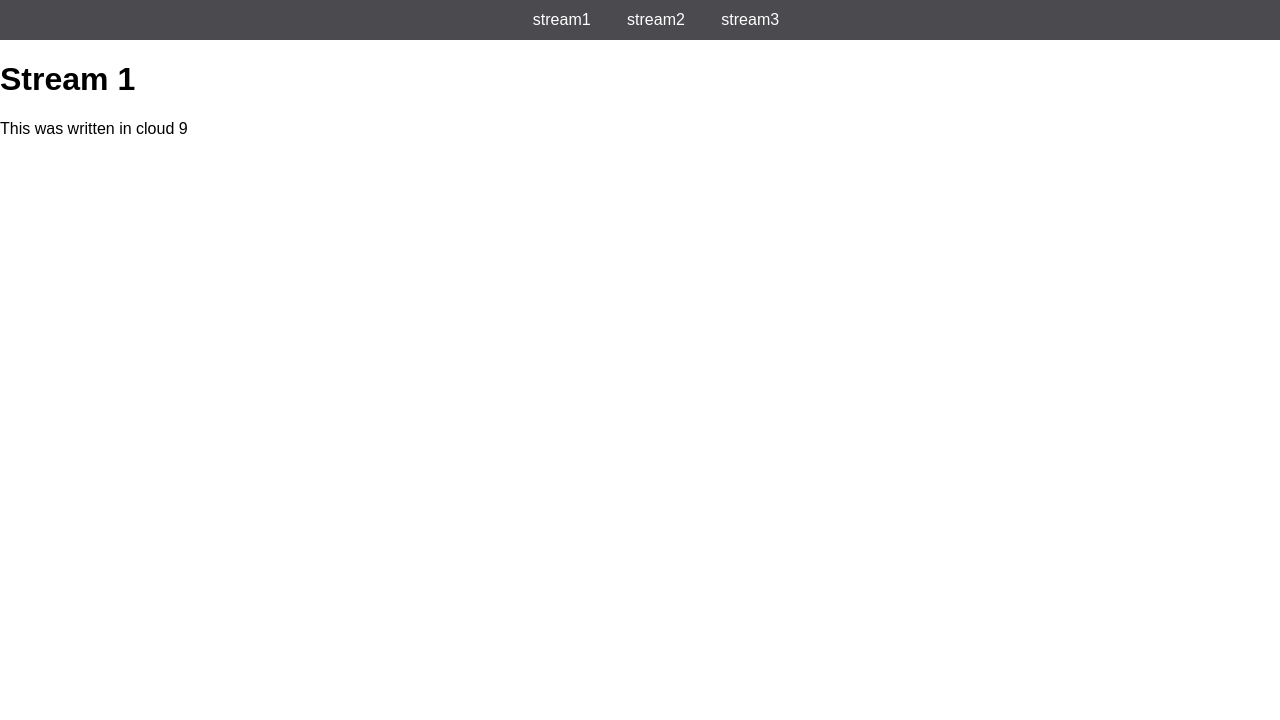
Repository: Hacketteer/my-first-website
Page: stream1.html
The author's editor kept a record of every edit. The page is drawn from the files as they stood at one moment, then again after the next edit.
The browser window is 1280 px wide. The pictures show the whole page.

Above is the page before.

### stream1.html
<html>
    <head>
        <title> hello world</title>

         <link rel="stylesheet" href="css/style.css" type="text/css" />
    </head>
    <body>
        <nav>
            <ul>
                <li><a href="stream1.html">stream1</a></li>
                <li><a href="stream2.html">stream2</a></li>
                <li><a href="stream3.html">stream3</a></li>
            </ul>
        </nav>
        <h1> Stream 1</h1>
        <p> This was written in cloud 9</p>
    </body>
</html>

### css/style.css
body {
    margin: 0;
    padding: 0;
    font-family: "oswald", sans-serif;

}

nav ul{
    list-style: none;
    background-color: #4a4a4f;
    text-align: center;
    margin: 0;
    padding: 0;
}

nav li {
    font-size: 1em;
    line-height: 40px;
    height: 40px;
    display: inline-block;
    margin-left: 2.5%;
}

nav a {
    text-decoration: none;
    color: #ffffff;
    display: block;
}

nav a:hover {
    background-color: #ffffff;
    color: #4a4a4f;
}

.card{
    float: left;
    width: 20%;
    margin-left: 10%;
}

.card a {
    text-align: center;
}

img {
    width: 100%;
}

h2 {
    text-align: center;
}

After the next edit:
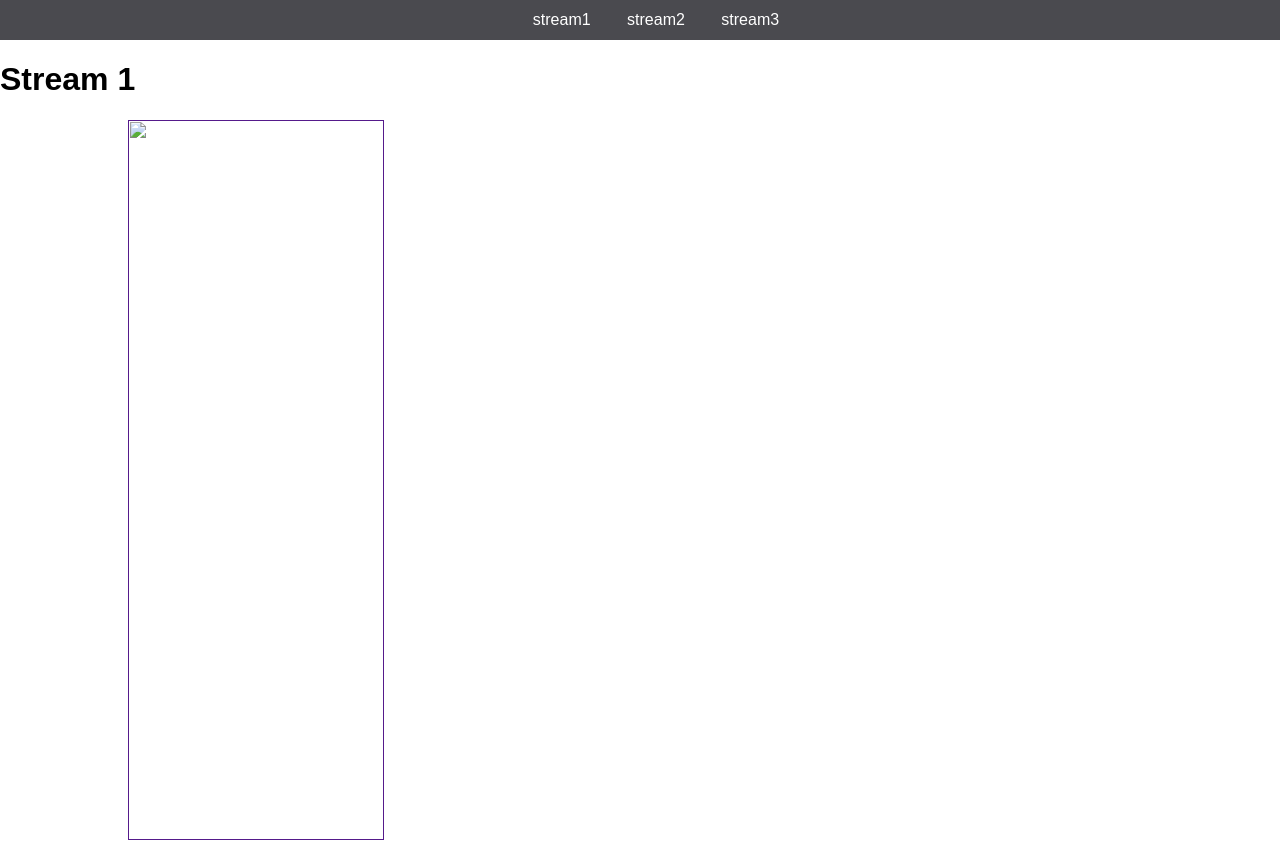
The edit:
--- a/stream1.html
+++ b/stream1.html
@@ -13,6 +13,16 @@
             </ul>
         </nav>
         <h1> Stream 1</h1>
-        <p> This was written in cloud 9</p>
+
+        <div class="card">
+        <a href="">
+            <img src="">
+            </img>
+            <h2>
+
+            </h2>
+        </a>
+        </div>
+
     </body>
 </html>
